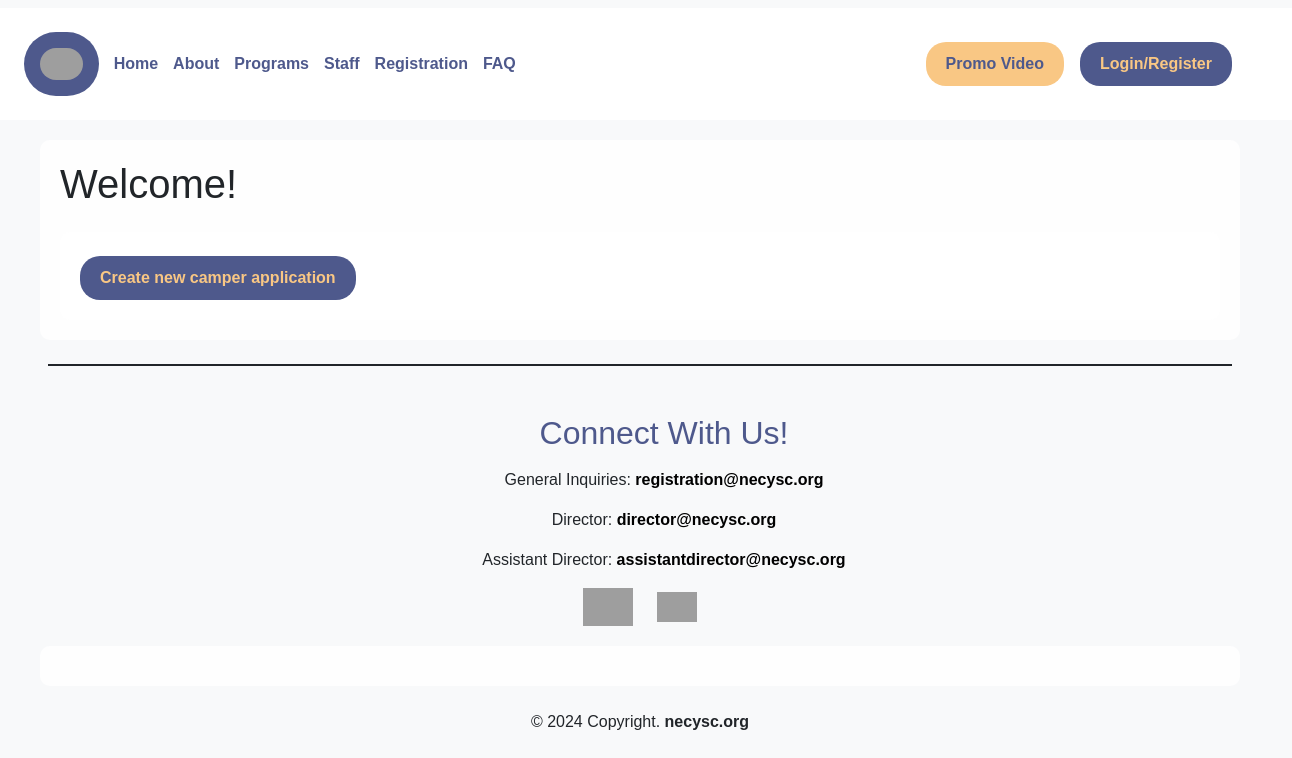
Repository: fullstackatbrown/project-necysc
Page: necysc_app/templates/necysc_app/applicant/index.html
These files come from the project's save history. The page is drawn as it stood at one moment and after the next save; the edit follows.
The browser window is 1280 px wide. The page is 1292 px wide, so the pictures cover 1292 px, including what lies to the right of the window. The pictures show the whole page.
Pictures or frames that could not be fetched are drawn as grey boxes. Some web fonts or font styles are not loaded; a fallback is used. The template is drawn by Django 5.2. The application's start-up code is not run. The template is opened directly, without the code that normally fills it, so the values that code supplies are empty.

Above is the page before, as saved 2024-12-04 01:33:41.

After the next save:
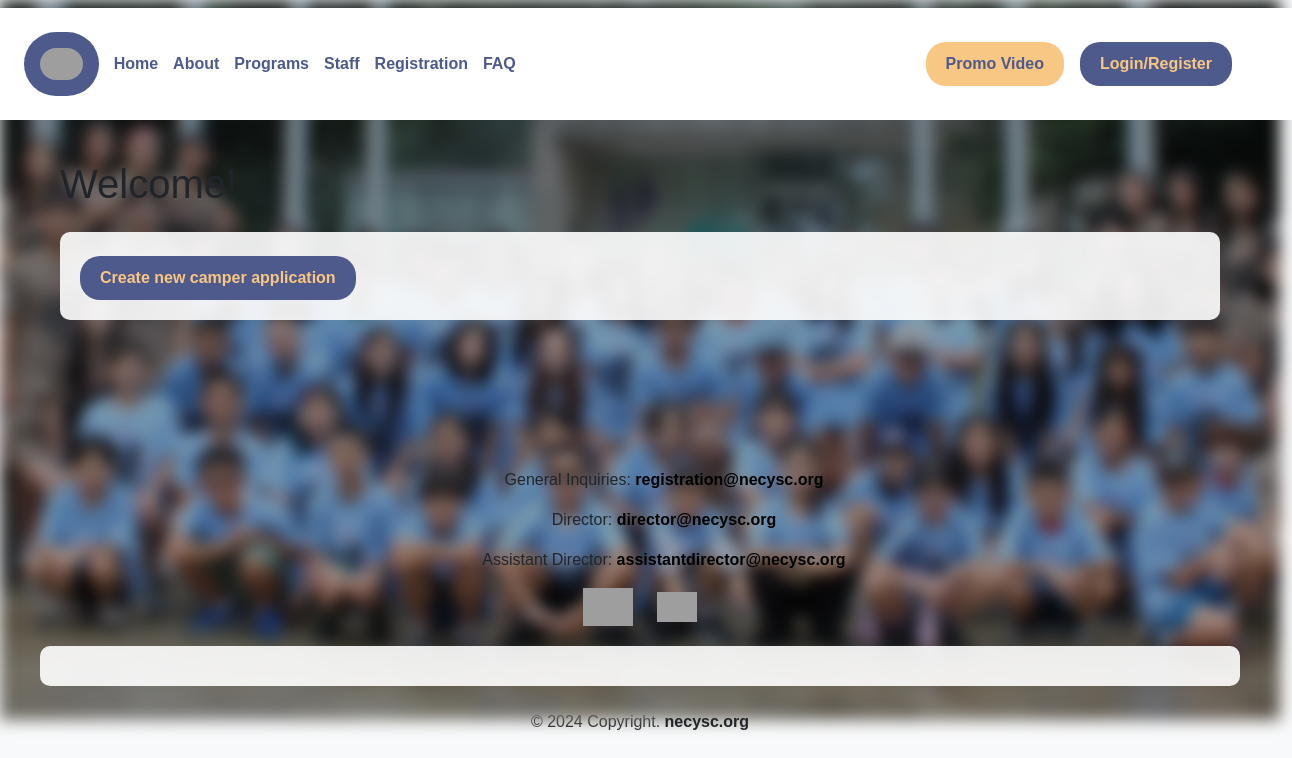
Saved 8 s later.
--- a/necysc_app/templates/necysc_app/applicant/index.html
+++ b/necysc_app/templates/necysc_app/applicant/index.html
@@ -51,6 +51,7 @@
         box-shadow: 0 0 20px 2px rgba(0, 0, 0, 0.15); /* 调整卡片 hover 的发光效果 */
     }
     </style>
+    <div class="background"></div>
 
 <h1>Welcome!</h1>
 {% if applications %}
